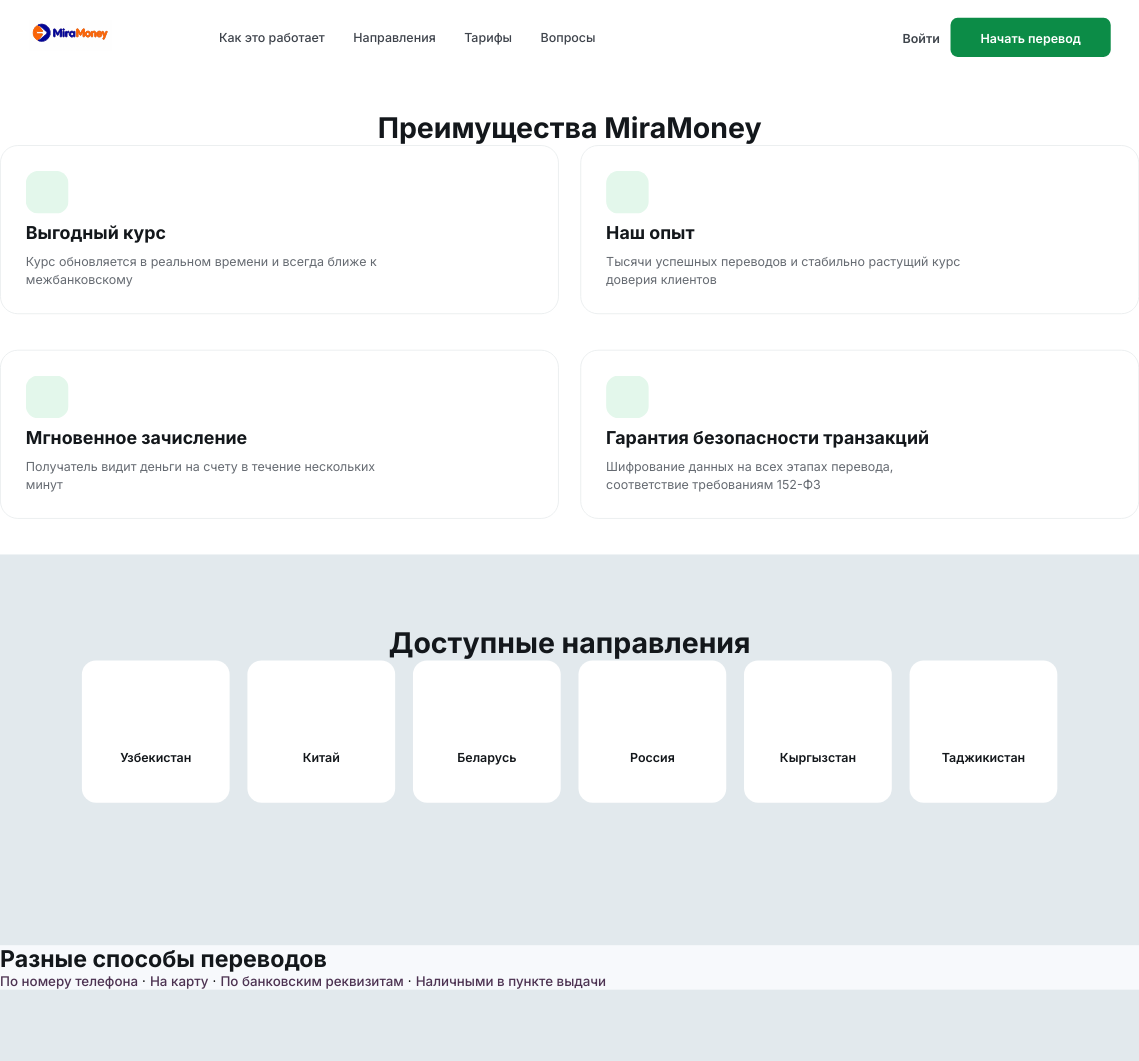
Repository: Shaiyr1/mira-money
Page: index.html
An editor plug-in stored every save of this project. The page is shown before and after the next save, followed by the edit.
The browser window is 1280 px wide. The pictures show the whole page, at 89% of full size.

Above is the page before, as saved 2026-10-20 16:57:31.

After the next save:
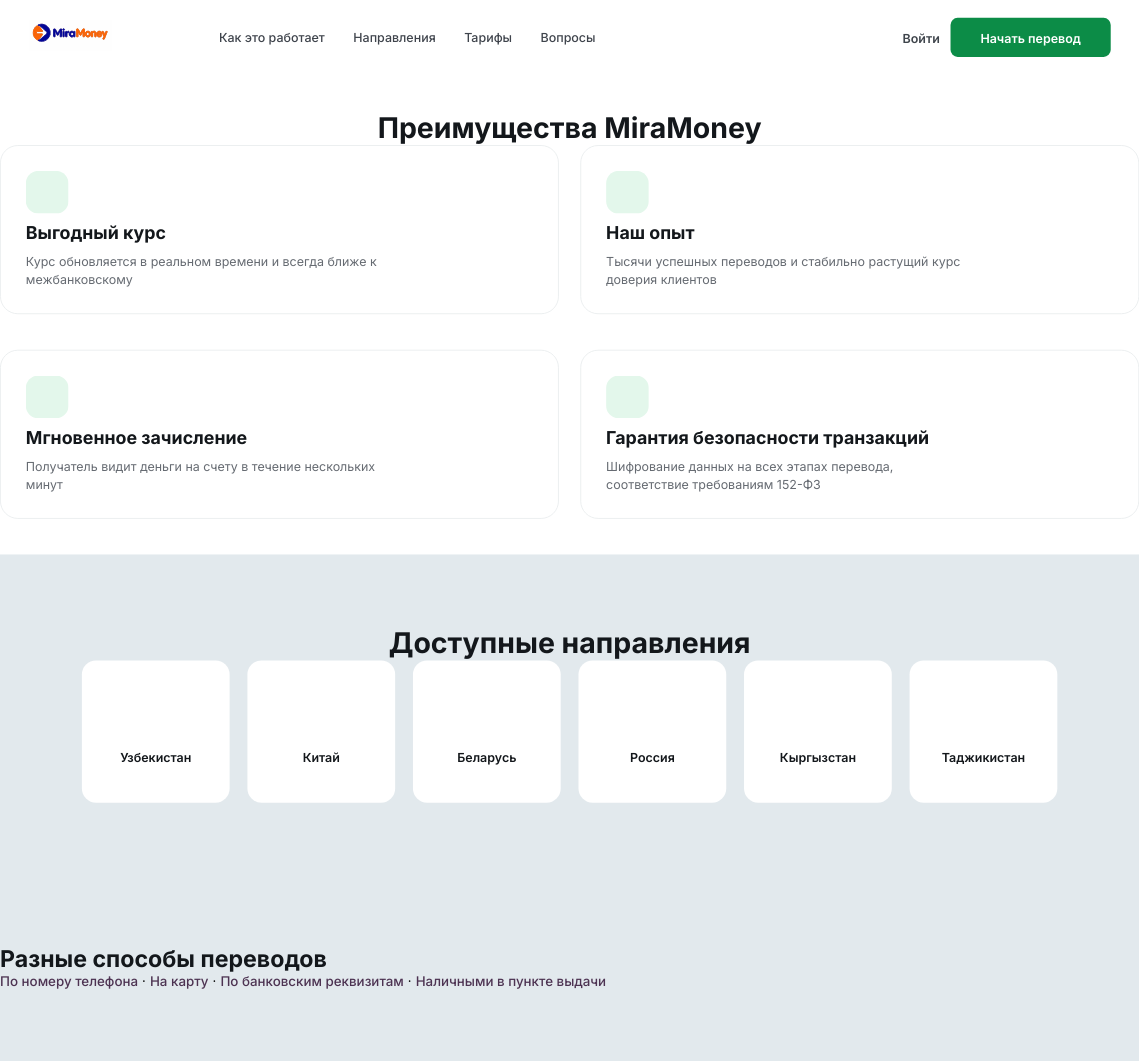
Saved 11 s later.
--- a/src/css/style.css
+++ b/src/css/style.css
@@ -188,7 +188,6 @@
 
 .description__ways {
     margin-top: 80px;
-    background-color: #f7f9fc;
 }
 
 .description__ways-title {
